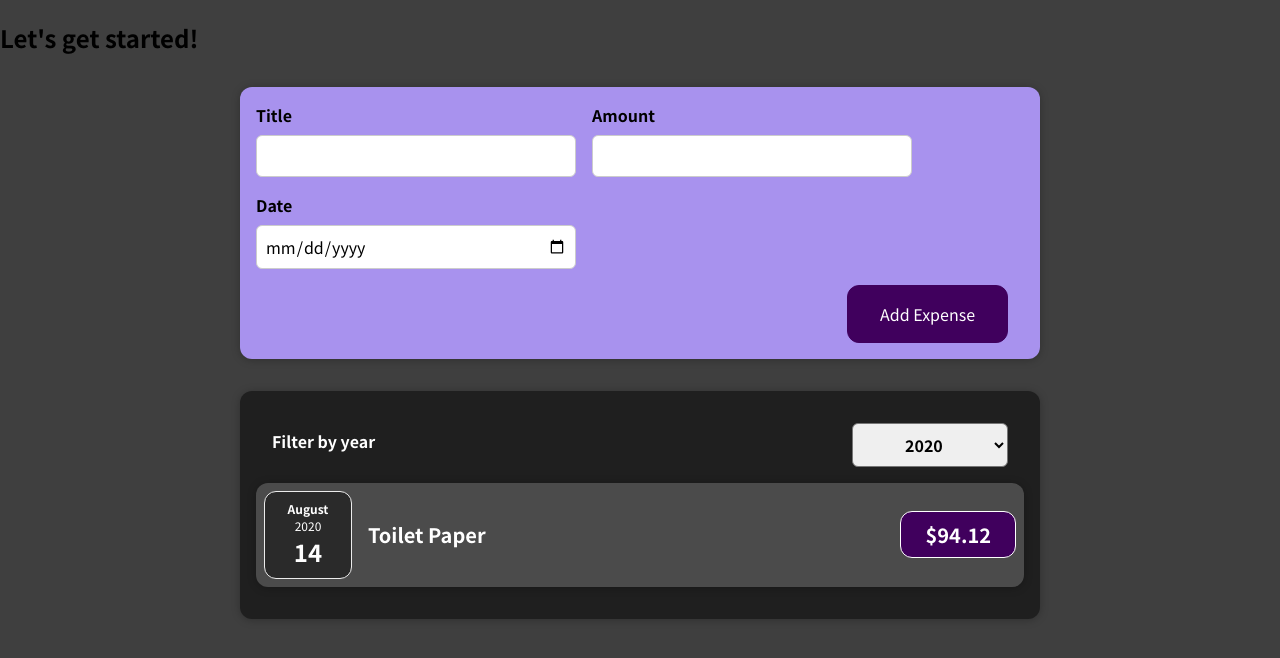
Repository: Dark-Developer93/react-complete-guide
Page: /
The author's editor kept a copy of each file at every save. The page is drawn from the files as they stood at one save, then again after the next save.
The browser window is 1280 px wide. The pictures show the whole page.
The project was rebuilt for these pictures with package versions that can differ from the ones it lists, and the page was loaded fresh each time.

Above is the page before, as saved 2022-11-05 09:23:42.

After the next save:
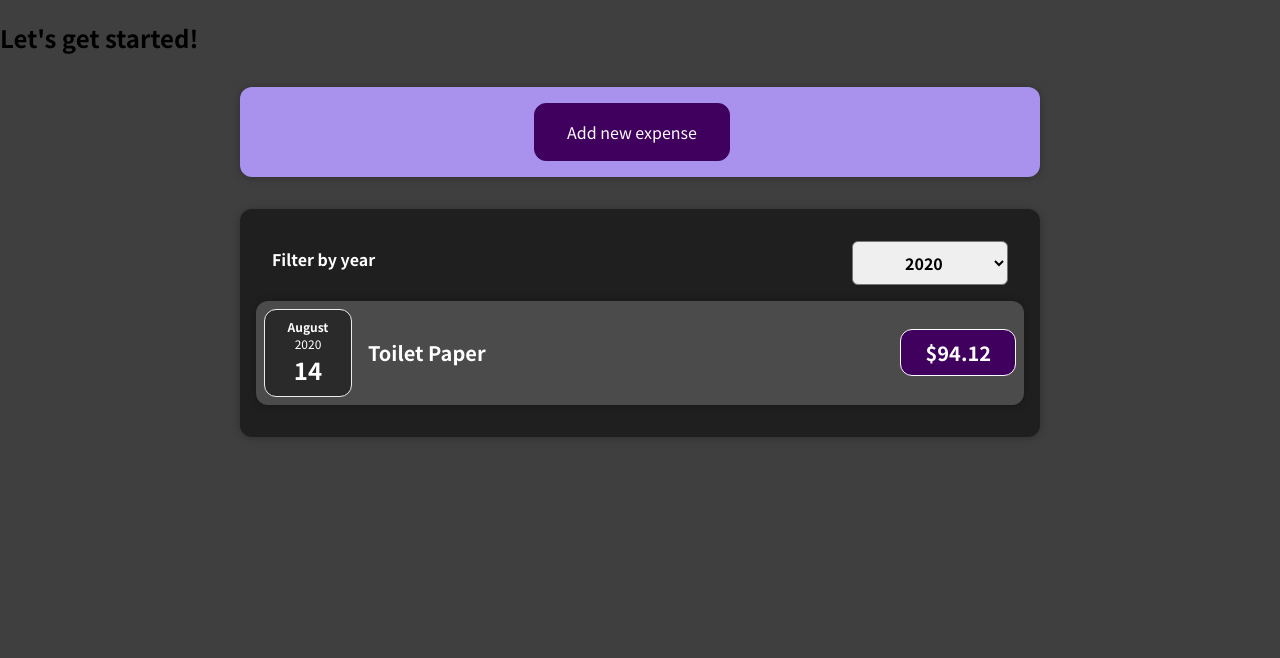
Saved 92 s later.
--- a/src/components/NewExpense/ExpenseForm.js
+++ b/src/components/NewExpense/ExpenseForm.js
@@ -40,44 +40,44 @@
     setEnteredAmount("");
     setEnteredDate("");
   };
-  let addNewExpense = <button>Add new expense</button>;
-  return (
-    <form onSubmit={submitHandler}>
-      <div className="new-expense__controls">
-        <div className="new-expense__control">
-          <label>Title</label>
-          <input
-            type="text"
-            onChange={titleChangeHandler}
-            value={enteredTitle}
-          />
-        </div>
-        <div className="new-expense__control">
-          <label>Amount</label>
-          <input
-            type="number"
-            min="0.01"
-            step="0.01"
-            onChange={amountChangeHandler}
-            value={enteredAmount}
-          />
-        </div>
-        <div className="new-expense__control">
-          <label>Date</label>
-          <input
-            type="date"
-            min="2019-01-01"
-            max="2022-12-31"
-            onChange={dateChangeHandler}
-            value={enteredDate}
-          />
-        </div>
-      </div>
-      <div className="new-expense__actions">
-        <button type="submit">Add Expense</button>
-      </div>
-    </form>
-  );
+  return <button>Add new expense</button>;
+  // return (
+  //   <form onSubmit={submitHandler}>
+  //     <div className="new-expense__controls">
+  //       <div className="new-expense__control">
+  //         <label>Title</label>
+  //         <input
+  //           type="text"
+  //           onChange={titleChangeHandler}
+  //           value={enteredTitle}
+  //         />
+  //       </div>
+  //       <div className="new-expense__control">
+  //         <label>Amount</label>
+  //         <input
+  //           type="number"
+  //           min="0.01"
+  //           step="0.01"
+  //           onChange={amountChangeHandler}
+  //           value={enteredAmount}
+  //         />
+  //       </div>
+  //       <div className="new-expense__control">
+  //         <label>Date</label>
+  //         <input
+  //           type="date"
+  //           min="2019-01-01"
+  //           max="2022-12-31"
+  //           onChange={dateChangeHandler}
+  //           value={enteredDate}
+  //         />
+  //       </div>
+  //     </div>
+  //     <div className="new-expense__actions">
+  //       <button type="submit">Add Expense</button>
+  //     </div>
+  //   </form>
+  // );
 };
 
 export default ExpenseForm;
